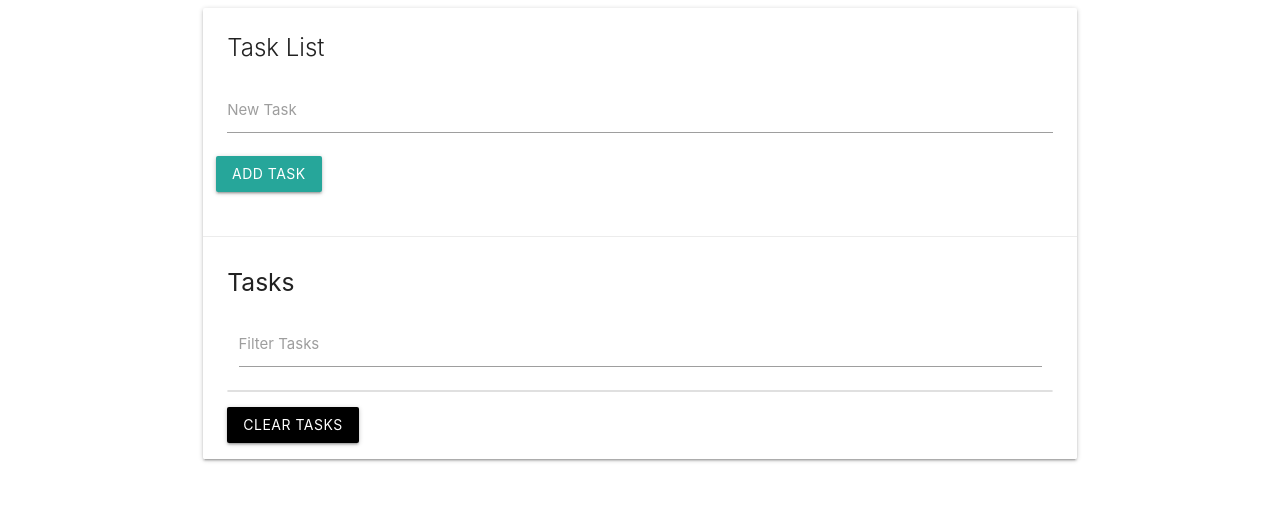
Repository: YasirGaji/Sandbox
Page: index.html
The author's editor kept a copy of each file at every save. The page is drawn from the files as they stood at one save, then again after the next save.
The browser window is 1280 px wide. The pictures show the whole page.

Above is the page before, as saved 2021-12-01 23:04:44.

After the next save:
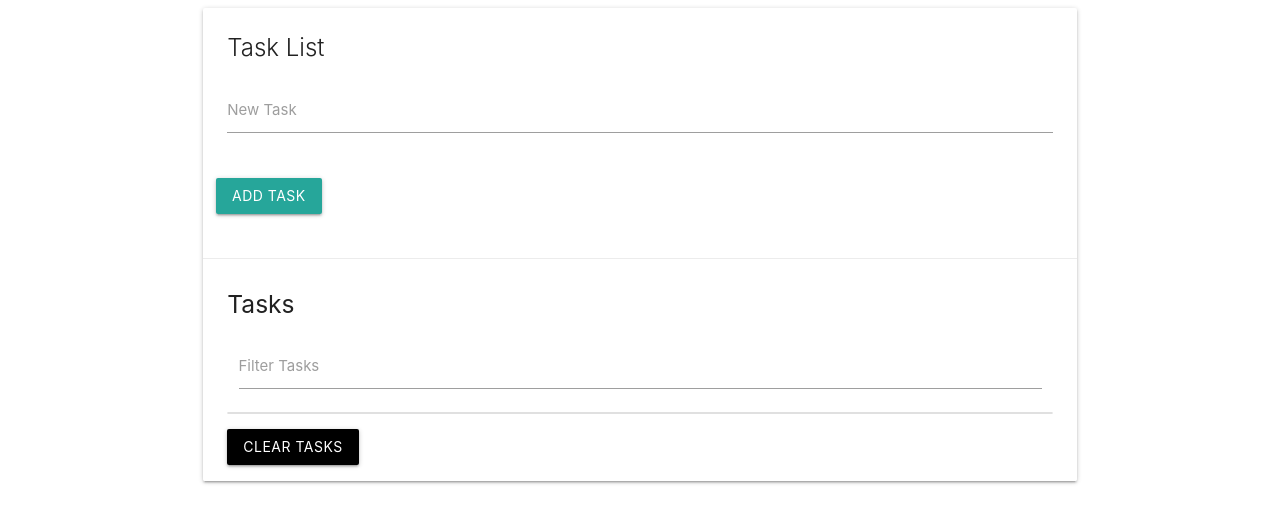
Saved 2 min 35 s later.
--- a/index.html
+++ b/index.html
@@ -24,6 +24,7 @@
                 <div class="input-field col s12">
                   <input type="text" name="task" id="task">
                   <label for="task">New Task</label>
+                  <i class="fa fa-remove"></i>
                 </div>
                 <input type="submit" value="Add Task" class="btn">
               </form>

After the save that followed:
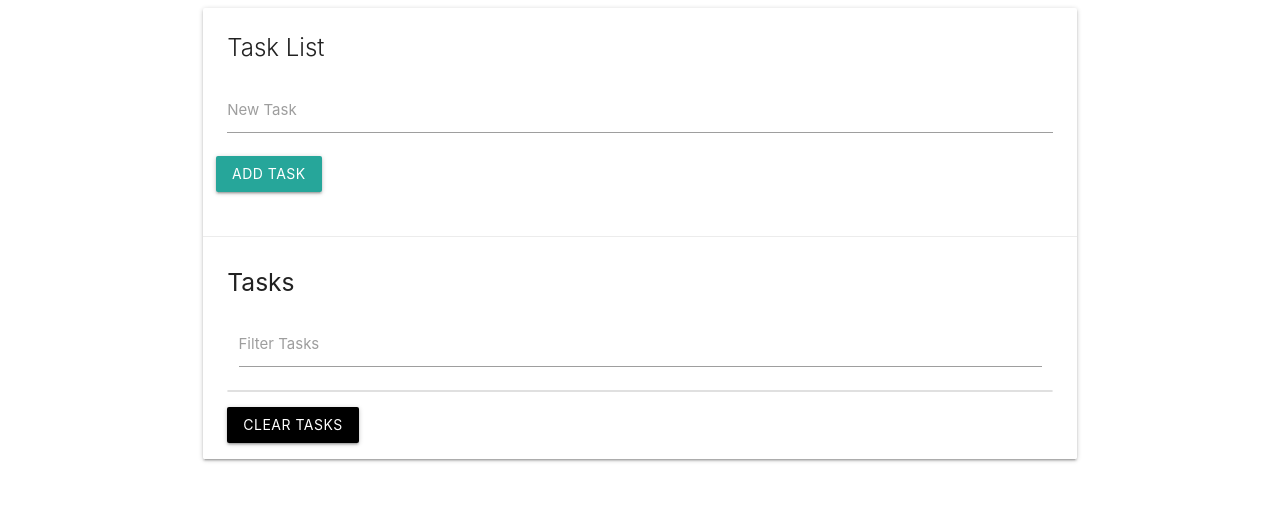
Saved 62 s later.
--- a/index.html
+++ b/index.html
@@ -19,12 +19,12 @@
         <div id="main" class="card">
           <div class="card-content">
             <span class="card-title">Task List</span>
+
             <div class="row">
               <form id="task-form">
                 <div class="input-field col s12">
                   <input type="text" name="task" id="task">
                   <label for="task">New Task</label>
-                  <i class="fa fa-remove"></i>
                 </div>
                 <input type="submit" value="Add Task" class="btn">
               </form>
